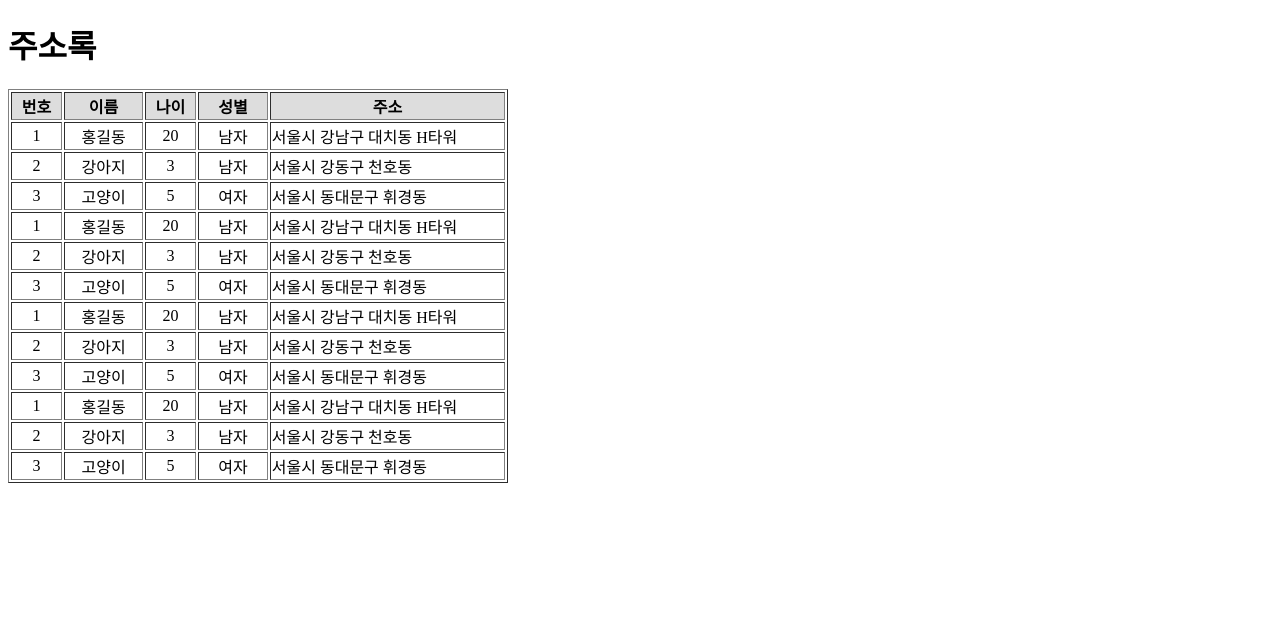
Repository: kmd192kmd/Web
Page: html/HtmlTest/src/main/webapp/ex14_table.html
These files come from the project's save history. The page is drawn as it stood at one moment and after the next save; the edit follows.
The browser window is 1280 px wide. The pictures show the whole page.

Above is the page before, as saved 2026-02-13 06:06:03.

After the next save:
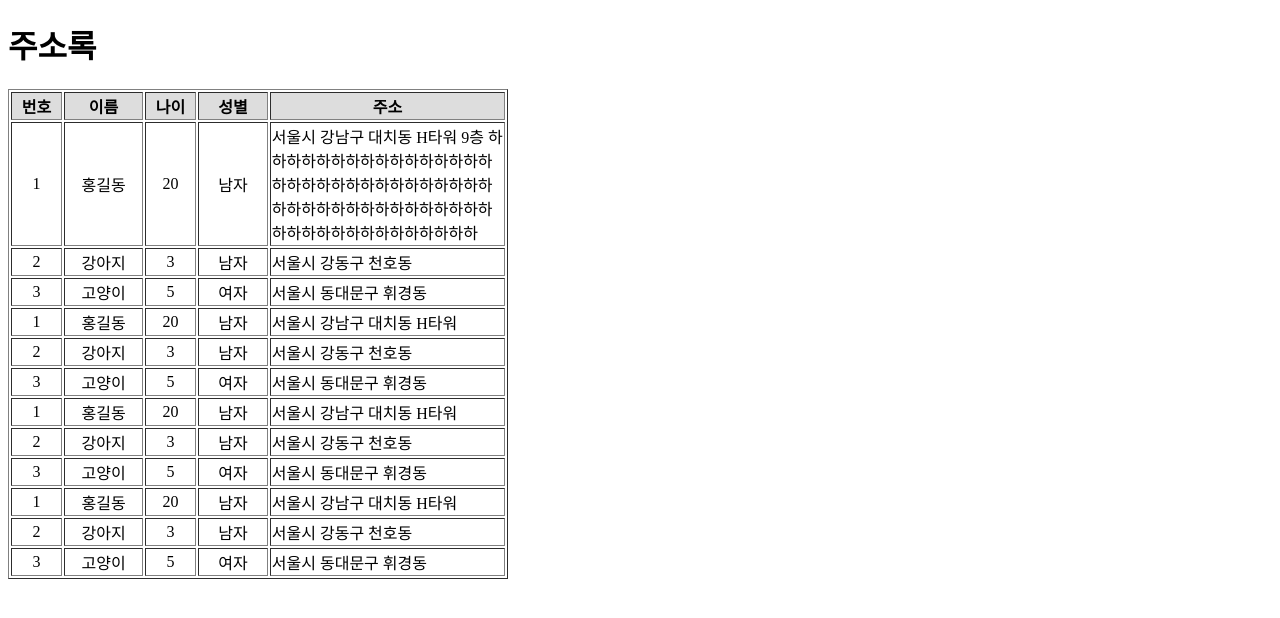
Saved 34 s later.
--- a/html/HtmlTest/src/main/webapp/ex14_table.html
+++ b/html/HtmlTest/src/main/webapp/ex14_table.html
@@ -21,7 +21,7 @@
 			<td align="center">홍길동</td>
 			<td align="center">20</td>
 			<td align="center">남자</td>
-			<td>서울시 강남구 대치동 H타워</td>
+			<td>서울시 강남구 대치동 H타워 9층 하하하하하하하하하하하하하하하하하하하하하하하하하하하하하하하하하하하하하하하하하하하하하하하하하하하하하하하하하하하하</td>
 		</tr>
 		<tr>
 			<td align="center">2</td>

After the 6 saves that followed:
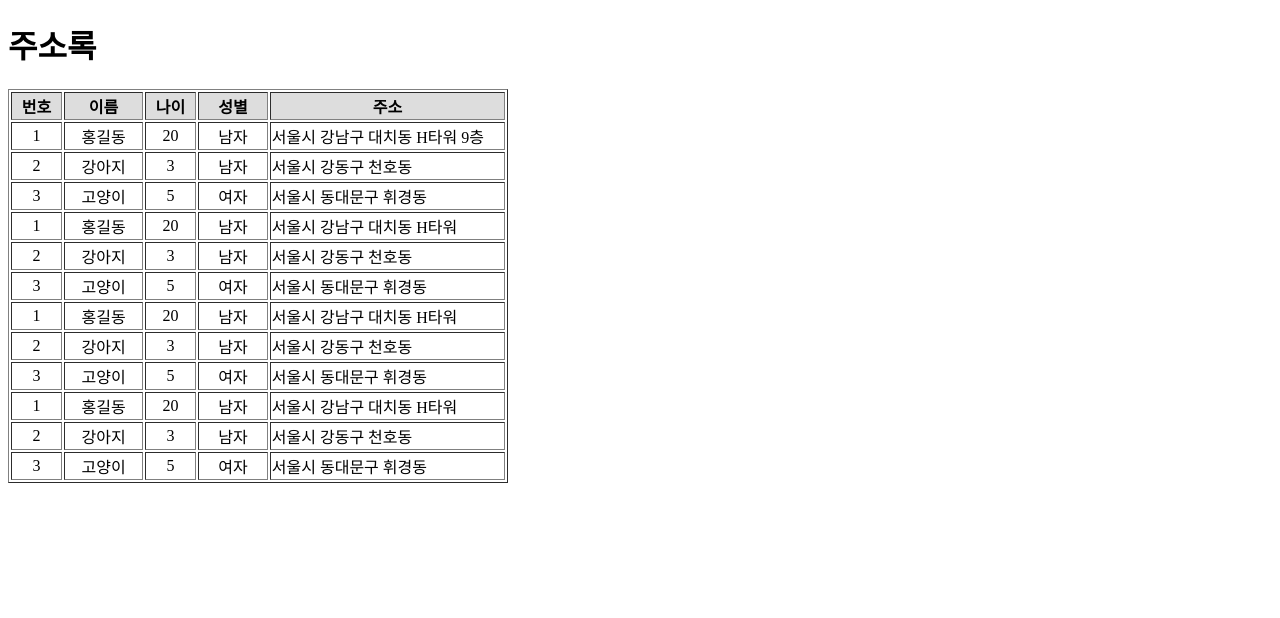
The 6 saves are shown as one change because 5 left the picture as it was.
The last was saved 86 s later.
--- a/html/HtmlTest/src/main/webapp/ex14_table.html
+++ b/html/HtmlTest/src/main/webapp/ex14_table.html
@@ -8,7 +8,7 @@
 
 	<h1>주소록</h1>
 
-	<table border="1" width="500">
+	<table border="1" width="500" height="290">
 		<tr bgcolor="#DDDDDD">
 			<td align="center" width="50"><b>번호</b></td>
 			<td align="center" width="80"><b>이름</b></td>
@@ -21,13 +21,13 @@
 			<td align="center">홍길동</td>
 			<td align="center">20</td>
 			<td align="center">남자</td>
-			<td>서울시 강남구 대치동 H타워 9층 하하하하하하하하하하하하하하하하하하하하하하하하하하하하하하하하하하하하하하하하하하하하하하하하하하하하하하하하하하하하</td>
+			<td>서울시 강남구 대치동 H타워 9층</td>
 		</tr>
 		<tr>
 			<td align="center">2</td>
 			<td align="center">강아지</td>
 			<td align="center">3</td>
-			<td align="center"> 남자</td>
+			<td align="center">남자</td>
 			<td>서울시 강동구 천호동</td>
 		</tr>
 		<tr>
@@ -49,7 +49,7 @@
 			<td align="center">2</td>
 			<td align="center">강아지</td>
 			<td align="center">3</td>
-			<td align="center"> 남자</td>
+			<td align="center">남자</td>
 			<td>서울시 강동구 천호동</td>
 		</tr>
 		<tr>
@@ -71,7 +71,7 @@
 			<td align="center">2</td>
 			<td align="center">강아지</td>
 			<td align="center">3</td>
-			<td align="center"> 남자</td>
+			<td align="center">남자</td>
 			<td>서울시 강동구 천호동</td>
 		</tr>
 		<tr>
@@ -93,7 +93,7 @@
 			<td align="center">2</td>
 			<td align="center">강아지</td>
 			<td align="center">3</td>
-			<td align="center"> 남자</td>
+			<td align="center">남자</td>
 			<td>서울시 강동구 천호동</td>
 		</tr>
 		<tr>
